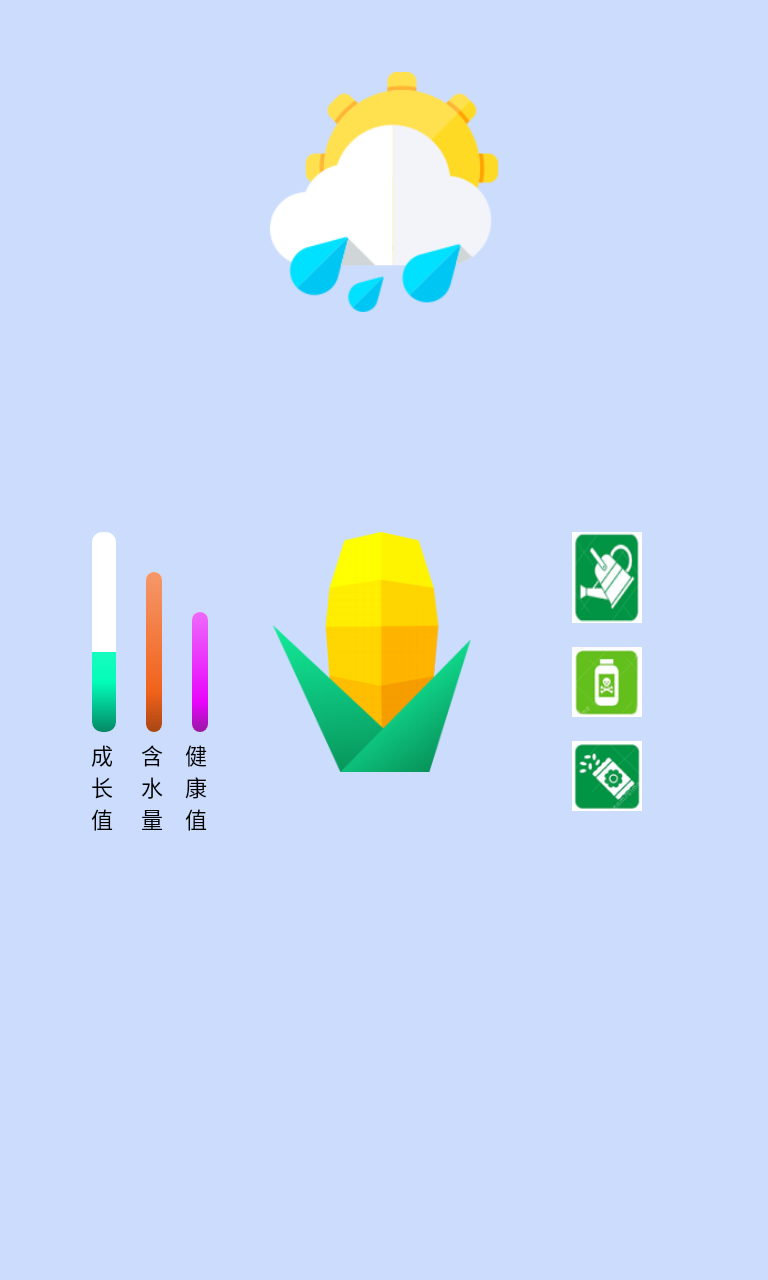
Repository: DraceWang/YumiTianqi
Layout: YumiTianqi/res/layout/fragment_main.xml
These files come from the project's save history. The layout is drawn as it stood at one moment and after the next save; the edit follows.
It is drawn on a 768 x 1280 px phone screen (xhdpi) without system bars, with theme AppTheme; the app's code is not run. Lists and similar views that code fills are empty.

Above is the layout before, as saved 2015-05-20 01:53:00.

### YumiTianqi/res/layout/fragment_main.xml
<RelativeLayout xmlns:android="http://schemas.android.com/apk/res/android"
    xmlns:tools="http://schemas.android.com/tools"
    android:layout_width="match_parent"
    android:layout_height="match_parent"
    android:background="#cbdcfd"
    android:paddingBottom="@dimen/activity_vertical_margin"
    android:paddingLeft="@dimen/activity_horizontal_margin"
    android:paddingRight="@dimen/activity_horizontal_margin"
    android:paddingTop="@dimen/activity_vertical_margin"
    tools:context="com.boyumi.yumitianqi.MainActivity$PlaceholderFragment" >

    <TextView
        android:id="@+id/CityName"
        android:layout_width="wrap_content"
        android:layout_height="wrap_content"
        android:layout_marginLeft="20dp"
        android:layout_marginTop="20dp"
        android:textColor="#000"
        android:textSize="10pt" />

    <TextView
        android:id="@+id/currentTemperature"
        android:layout_width="wrap_content"
        android:layout_height="wrap_content"
        android:layout_alignParentRight="true"
        android:layout_alignTop="@+id/CityName"
        android:layout_marginRight="20dp"
        android:textColor="#000"
        android:textSize="10pt" />

    <ImageView
        android:id="@+id/WeatherIcon"
        android:layout_width="120dp"
        android:layout_height="120dp"
        android:layout_alignTop="@+id/CityName"
        android:layout_centerHorizontal="true"
        android:src="@drawable/sunnyrain" />

    <TextView
        android:layout_width="wrap_content"
        android:layout_height="wrap_content"
        android:id="@+id/WeatherCondition"
        android:layout_below="@+id/WeatherIcon"
        android:layout_centerHorizontal="true"
        android:layout_marginTop="5dp"
        android:textSize="10pt"
        android:textColor="#000"
        />

    <TextView
        android:layout_width="wrap_content"
        android:layout_height="wrap_content"
        android:id="@+id/date"
        android:layout_alignParentBottom="true"
        android:layout_alignParentRight="true"
        android:layout_marginRight="5dp"
        android:layout_marginBottom="2dp"
        android:textSize="5pt"
        android:textColor="#666"
        />

    <TableLayout android:layout_width="60dp" android:layout_height="wrap_content" android:id="@+id/btn_AQ" android:layout_above="@+id/body" android:layout_marginLeft="10dp" android:layout_marginBottom="-100dp">

        <TableRow android:layout_width="wrap_content" android:layout_height="wrap_content">
            <TextView android:id="@+id/AQ_title" android:layout_width="60dp" android:layout_height="20dp" android:layout_alignParentLeft="true" android:gravity="center" android:textSize="6pt" />
        </TableRow>

        <TableRow android:layout_width="wrap_content" android:layout_height="wrap_content">
            <TextView android:id="@+id/AQ_content" android:layout_width="60dp" android:layout_height="20dp" android:gravity="center" android:layout_below="@+id/AQ_title" />
        </TableRow>


    </TableLayout>
    <HorizontalScrollView
        android:id="@+id/body"
        android:layout_width="wrap_content"
        android:layout_height="match_parent"
        android:layout_below="@+id/WeatherIcon"
        android:layout_centerHorizontal="true"
        android:layout_marginTop="70dp"
        android:layout_alignParentBottom="true"
        android:scrollbars="none" >

        <LinearLayout
            android:layout_width="wrap_content"
            android:layout_height="wrap_content"
            android:orientation="horizontal" >

            <RelativeLayout
                android:layout_width="310dp"
                android:layout_height="wrap_content"
                android:layout_marginLeft="15dp" >

                <ImageView
                    android:id="@+id/cron"
                    android:layout_width="120dp"
                    android:layout_height="120dp"
                    android:layout_centerHorizontal="true"
                    android:layout_marginTop="40dp"
                    android:src="@drawable/cron" />

                <ProgressBar
                    android:id="@+id/progressBar_gv"
                    style="?android:attr/progressBarStyleHorizontal"
                    android:layout_width="12dp"
                    android:layout_height="100dp"
                    android:layout_alignTop="@+id/cron"
                    android:layout_marginLeft="15dp"
                    android:max="200"
                    android:progress="80"
                    android:progressDrawable="@drawable/mybar_gv" />

                <ProgressBar
                    android:id="@+id/progressBar_wv"
                    style="?android:attr/progressBarStyleHorizontal"
                    android:layout_width="8dp"
                    android:layout_height="80dp"
                    android:layout_above="@+id/Date"
                    android:layout_alignBottom="@+id/progressBar_gv"
                    android:layout_marginLeft="15dp"
                    android:layout_toRightOf="@+id/progressBar_gv"
                    android:max="50"
                    android:progress="80"
                    android:progressDrawable="@drawable/mybar_wv" />

                <ProgressBar
                    android:id="@+id/progressBar_hv"
                    style="?android:attr/progressBarStyleHorizontal"
                    android:layout_width="8dp"
                    android:layout_height="60dp"
                    android:layout_above="@+id/Date"
                    android:layout_alignBottom="@+id/progressBar_gv"
                    android:layout_marginLeft="15dp"
                    android:layout_toRightOf="@+id/progressBar_wv"
                    android:max="10"
                    android:progress="80"
                    android:progressDrawable="@drawable/mybar_hv" />

                <ImageButton
                    android:id="@+id/imageButton_water"
                    android:layout_width="35dp"
                    android:layout_height="35dp"
                    android:layout_above="@+id/imageButton_bug"
                    android:layout_alignParentRight="true"
                    android:layout_alignTop="@+id/cron"
                    android:layout_marginBottom="12dp"
                    android:layout_marginRight="20dp"
                    android:background="@drawable/water"
                    android:onClick="water"
                    android:scaleType="fitCenter" />

                <ImageButton
                    android:id="@+id/imageButton_bug"
                    android:layout_width="35dp"
                    android:layout_height="35dp"
                    android:layout_above="@+id/imageButton_feiliao"
                    android:layout_alignLeft="@+id/imageButton_water"
                    android:layout_alignParentRight="true"
                    android:layout_marginBottom="12dp"
                    android:layout_marginRight="20dp"
                    android:background="@drawable/bug"
                    android:scaleType="fitCenter" />

                <ImageButton
                    android:id="@+id/imageButton_feiliao"
                    android:layout_width="35dp"
                    android:layout_height="35dp"
                    android:layout_alignBottom="@+id/cron"
                    android:layout_alignLeft="@+id/imageButton_water"
                    android:layout_alignParentRight="true"
                    android:layout_marginRight="20dp"
                    android:layout_marginBottom="-20dp"
                    android:background="@drawable/feiliao"
                    android:scaleType="fitCenter" />

                <TextView
                    android:id="@+id/grown"
                    android:layout_width="12dp"
                    android:layout_height="wrap_content"
                    android:layout_alignLeft="@+id/progressBar_gv"
                    android:layout_below="@+id/progressBar_gv"
                    android:layout_marginTop="3dp"
                    android:layout_marginLeft="-1dp"
                    android:text="成长值"
                    android:textColor="#000"
                    android:textSize="5pt" />

                <TextView
                    android:id="@+id/water"
                    android:layout_width="12dp"
                    android:layout_height="wrap_content"
                    android:layout_alignLeft="@+id/progressBar_wv"
                    android:layout_below="@+id/progressBar_wv"
                    android:layout_marginTop="3dp"
                    android:layout_marginLeft="-3dp"
                    android:text="含水量"
                    android:textColor="#000"
                    android:textSize="5pt" />

                <TextView
                    android:id="@+id/healthy"
                    android:layout_width="12dp"
                    android:layout_height="wrap_content"
                    android:layout_alignLeft="@+id/progressBar_hv"
                    android:layout_below="@+id/progressBar_hv"
                    android:layout_marginTop="3dp"
                    android:layout_marginLeft="-4dp"
                    android:text="健康值"
                    android:textColor="#000"
                    android:textSize="5pt" />
            </RelativeLayout>

            <ListView
                android:id="@+id/forecast"
                android:layout_width="320dp"
                android:layout_height="wrap_content"
                android:layout_marginTop="40dp"
                android:layout_marginLeft="50dp"
                android:paddingRight="15dp">
            </ListView>
        </LinearLayout>
    </HorizontalScrollView>




</RelativeLayout>

### YumiTianqi/res/drawable-mdpi/mybar_gv.xml
<?xml version="1.0" encoding="utf-8"?>
<layer-list xmlns:android="http://schemas.android.com/apk/res/android" >
    <item android:id="@android:id/background" >
        <shape>
            <corners android:radius="5dip" />
            <gradient
                	android:startColor="#ffffff"
                    android:centerColor="#ffffff"
                    android:endColor="#ffffff"
                    android:angle="270"
            />
        </shape>
    </item>

     <item android:id="@android:id/progress">
        <clip android:clipOrientation="vertical"
            android:gravity="bottom">
            <shape>
                <corners android:radius="5dip" />
                <gradient
                        android:startColor="#6cfcd5"
                        android:centerColor="#03fcb9"
                        android:centerX="0.75"
                        android:endColor="#038864"
                        android:angle="270"
                />
            </shape>
        </clip>
    </item>


</layer-list>

### YumiTianqi/res/drawable-mdpi/mybar_wv.xml
<?xml version="1.0" encoding="utf-8"?>
<layer-list xmlns:android="http://schemas.android.com/apk/res/android" >
    <item android:id="@android:id/background" >
        <shape>
            <corners android:radius="5dip" />
            <gradient
                	android:startColor="#ffffff"
                    android:centerColor="#ffffff"
                    android:endColor="#ffffff"
                    android:angle="270"
            />
        </shape>
    </item>

     <item android:id="@android:id/progress">
        <clip android:clipOrientation="vertical"
            android:gravity="bottom">
            <shape>
                <corners android:radius="5dip" />
                <gradient
                        android:startColor="#f5986b"
                        android:centerColor="#f1621b"
                        android:centerX="0.75"
                        android:endColor="#a84514"
                        android:angle="270"
                />
            </shape>
        </clip>
    </item>


</layer-list>

### YumiTianqi/res/drawable-mdpi/mybar_hv.xml
<?xml version="1.0" encoding="utf-8"?>
<layer-list xmlns:android="http://schemas.android.com/apk/res/android" >
    <item android:id="@android:id/background" >
        <shape>
            <corners android:radius="5dip" />
            <gradient
                	android:startColor="#ffffff"
                    android:centerColor="#ffffff"
                    android:endColor="#ffffff"
                    android:angle="270"
            />
        </shape>
    </item>

     <item android:id="@android:id/progress">
        <clip android:clipOrientation="vertical"
            android:gravity="bottom">
            <shape>
                <corners android:radius="5dip" />
                <gradient
                        android:startColor="#ed6af9"
                        android:centerColor="#e805fc"
                        android:centerX="0.75"
                        android:endColor="#9818a4"
                        android:angle="270"
                />
            </shape>
        </clip>
    </item>


</layer-list>

Loaded but not shown: YumiTianqi/res/values/styles.xml (common file); YumiTianqi/res/values-v11/styles.xml (common file); YumiTianqi/res/values-v14/styles.xml (common file); YumiTianqi/res/values/dimens.xml (common file); YumiTianqi/res/values-w820dp/dimens.xml (common file)

After the next save:
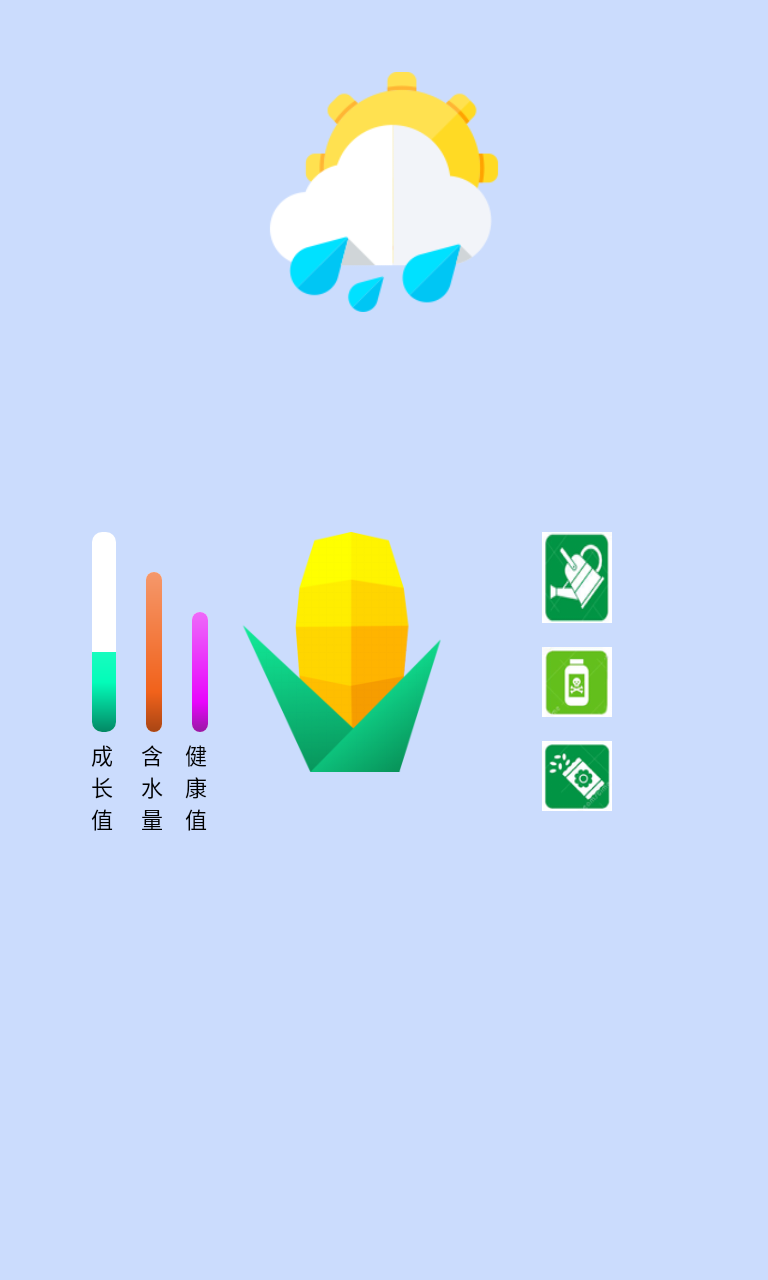
Saved 21 s later.
--- a/YumiTianqi/res/layout/fragment_main.xml
+++ b/YumiTianqi/res/layout/fragment_main.xml
@@ -89,7 +89,7 @@
             <RelativeLayout
                 android:layout_width="310dp"
                 android:layout_height="wrap_content"
-                android:layout_marginLeft="15dp" >
+                android:paddingLeft="15dp" >
 
                 <ImageView
                     android:id="@+id/cron"
